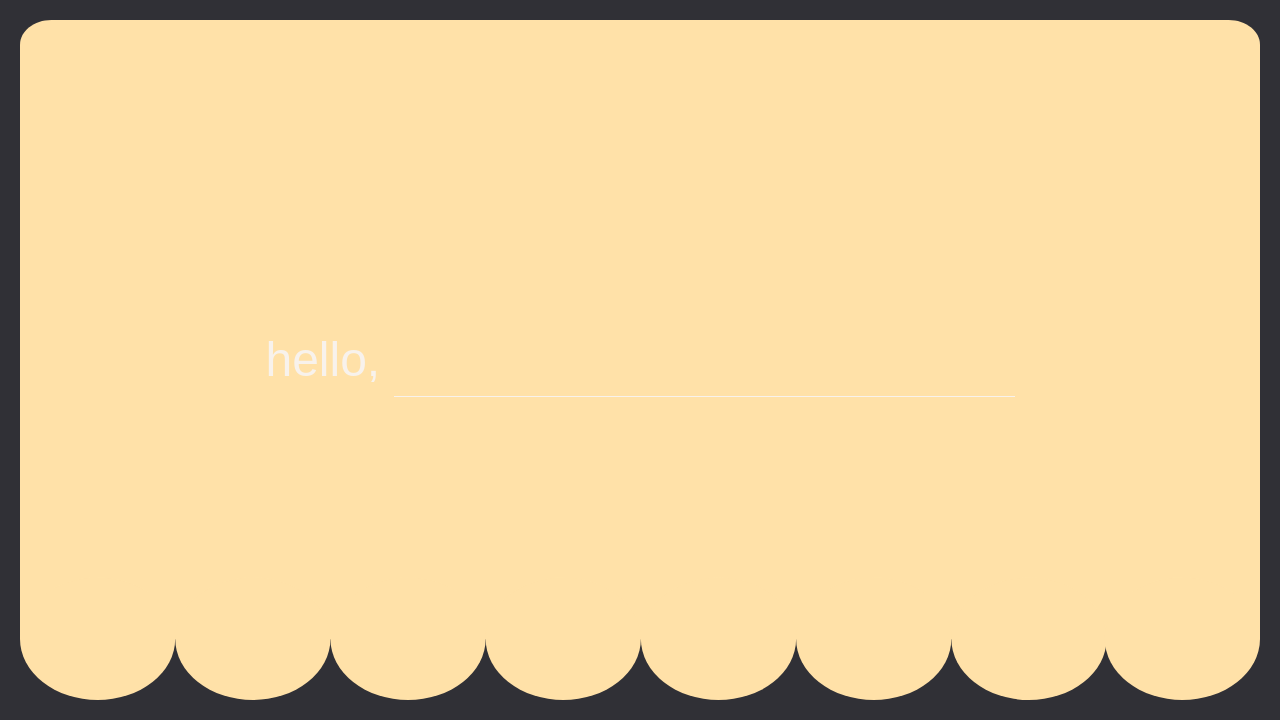
Repository: zhangolivia7/rot-recovery
Page: /
The author's editor kept a copy of each file at every save. The page is drawn from the files as they stood at one save, then again after the next save.
The browser window is 1280 px wide. The pictures show the whole page.
The project was rebuilt for these pictures with package versions that can differ from the ones it lists, and the page was loaded fresh each time. The framework's server and built-in components were replaced by stand-ins that run in the browser. Also part of the build but not shown: next.config.ts.

Above is the page before, as saved 2025-03-29 17:33:06.

### src/app/layout.tsx
import type { Metadata } from "next";
import { Geist, Geist_Mono } from "next/font/google";
import "./globals.css";

const geistSans = Geist({
  variable: "--font-geist-sans",
  subsets: ["latin"],
});

const geistMono = Geist_Mono({
  variable: "--font-geist-mono",
  subsets: ["latin"],
});

export const metadata: Metadata = {
  title: "Rot Recovery",
  description: "it's comeback time.",
};

export default function RootLayout({
  children,
}: Readonly<{
  children: React.ReactNode;
}>) {
  return (
    <html lang="en">
      <body
        className={`${geistSans.variable} ${geistMono.variable} antialiased`}
      >
        {children}
      </body>
    </html>
  );
}

### src/app/page.tsx
'use client'
import { SetStateAction, useState } from "react";
import { useWindowSize } from 'react-use';
import Confetti from 'react-confetti-boom';

export default function Home() {
  const [name, setName] = useState("");
  const [tasks, setTasks] = useState<{ id: number; text: string }[]>([]);
  const [timeframe, setTimeframe] = useState("");
  const [newTask, setNewTask] = useState("");
  const [schedule, setSchedule] = useState<string>(""); //store groqAPI response
  const [loading, setLoading] = useState<boolean>(false);

  // Update name
  const updateName = (e: React.ChangeEvent<HTMLInputElement>) => {
    setName(e.target.value);
    console.log(name);
  };

  // Update task text
  const updateTaskText = (id: number, text: string) => {
    setTasks(tasks.map(task => (task.id === id ? { ...task, text } : task)));
  };

  // Delete a task
  const deleteTask = (id: number) => {
    setTasks(tasks.filter(task => task.id !== id));
  };

  // Add new task when Enter is pressed
  const handleKeyDown = (e: React.KeyboardEvent<HTMLInputElement>) => {
    if (e.key === "Enter" && newTask.trim() !== "") {
      setTasks([...tasks, { id: Date.now(), text: newTask }]);
      setNewTask("");
    }
  };

  // Send tasks and timeframe to ChatGPT API and update schedule
  const handleSubmit = async () => {
    if (tasks.length === 0 || timeframe.trim() === "") {
      alert("Please enter tasks and a timeframe.");
      return;
    }

    setLoading(true); // Show loading state

    // Prepare message for Groq
    var prompt = "";

    if (name.toLowerCase() === "leslie") {
      prompt = `ALWAYS USE <b> IF YOU NEED TO BOLD YOUR RESPONSES!!! DO NOT USE DOUBLE ASTERICKS\nHey! You're talking to my friend ${name}, who's been bedrotting and has ${timeframe} to get back on track! Here's what ${name} has to get done':\n` +
        tasks.map((task, index) => `${index + 1}. ${task.text}`).join("\n") +
        `\n\nShe REALLY likes Hatsune Miku, so pretending you're Hatsune Miku and including Hatsune Miku references, give them a structured, realistic schedule based on the current time and amount of time they have to work in this schedule format:\n[Introduction message (make sure you introduce yourself as Hatsune Miku)]\n[00:00-##:##: <b>Task</b>, bit of encouragement and tips on how to complete the task well] and repeat this structure. Here's an example: <b>[Greeting]</b>\n\nHere's your customized schedule: \n\n<b>00:00-00:30: Finish Math Homework,</b> Leslie-chan! Take a deep breath and dive into your math problems. Focus on one question at a time, and make sure you understand each concept before moving on to the next. You got this!\n\n<b>00:30-01:15: Watch Algorithms Class Lecture.</b> Take a short break to grab a snack or stretch, and then settle in to watch your lecture. Take notes on important points, and don't hesitate to pause the video if you need to review something.\n\n<b>01:15-03:00: Study for Linear Algebra Test.</b> You're almost there, Leslie-chan! Review your notes and textbook, and try to summarize key concepts in your own words. Make flashcards or create a concept map to help you visualize the material.\n\n[Closing message with Hatsune Miku references]`;
    } else {
      prompt = `ALWAYS USE <b> IF YOU NEED TO BOLD YOUR RESPONSES!!! DO NOT USE DOUBLE ASTERICKS. Hey! You're talking to my friend ${name}, who's been bedrotting and has ${timeframe} to get back on track! Here's what ${name} has to get done':\n` +
        tasks.map((task, index) => `${index + 1}. ${task.text}`).join("\n") +
        `\n\nIn a fun, chill tone, give them a structured, realistic schedule based on the current time and amount of time they have to work in this schedule format:\n[Introduction message]\n<b>00:00-##:##: Task</b>, bit of encouragement and tips on how to complete the task well. Repeat this structure. Here's an example: <b>[Greeting]</b>\n\nHere's your customized schedule:\n\n<b>00:00-00:20: History Studying,</b> Let's get that history test prep started! Focus on reviewing your notes, making flashcards, and going over any tricky dates or events. You got this, Bob!\n\n<b>00:20-00:45: English Essay Brainstorm,</b> Time to get those creative juices flowing! Take 10-15 minutes to brainstorm ideas for your essay, then organize your thoughts into an outline. Remember, a solid outline will make the writing process so much smoother!\n\n<b>00:45-01:10: Math Homework</b>, Math homework can be a real challenge, but you're almost there! Focus on one problem at a time, and don't be afraid to take breaks if you get stuck. You've got this, Bob! You're so close to finishing!\n\n<b>01:10-02:00: Write That Essay,</b> It's time to put your thoughts into words! Take your outline and start writing that essay. Remember to stay focused, and don't worry too much about grammar or spelling at this stage. Just get your ideas down on paper!\n\n[Closing message]`;
    }

    try {
      const response = await fetch("/api/generate-schedule", {
        method: "POST",
        headers: { "Content-Type": "application/json" },
        body: JSON.stringify({ prompt }),
      });

      const data = await response.json();
      setSchedule(data.schedule); // Store response
    } catch (error) {
      console.error("Error fetching schedule:", error);
      setSchedule("Failed to generate schedule. Try again.");
    } finally {
      setLoading(false);
    }

    // Scroll to the schedule section
    document.getElementById("next-section")?.scrollIntoView({ behavior: "smooth" });
  };

  return (
    <div className={`h-screen snap-y snap-mandatory ${name.trim() === "" ? "overflow-hidden" : "overflow-y-scroll"}`}>
      {/* Section 1 */}
      <section id="sec1" className="h-screen flex justify-center items-center snap-start relative overflow-hidden">
        {/* SVG Background with exact 10px margin on all sides */}
        <div className="absolute top-[20px] left-[20px] right-[20px] bottom-[20px] z-0">
          <svg
            viewBox="0 0 1382 961"
            fill="none"
            xmlns="http://www.w3.org/2000/svg"
            className="w-full h-full"
            preserveAspectRatio="none"
          >
            <path d="M0 35C0 15.6701 15.67 0 35 0H1347C1366.33 0 1382 15.67 1382 35V875H0V35Z" fill="#FFE1A8" />
            <circle cx="86.5" cy="874.5" r="86.5" fill="#FFE1A8" />
            <circle cx="259.5" cy="874.5" r="86.5" fill="#FFE1A8" />
            <circle cx="432.5" cy="874.5" r="86.5" fill="#FFE1A8" />
            <circle cx="605.5" cy="874.5" r="86.5" fill="#FFE1A8" />
            <circle cx="778.5" cy="874.5" r="86.5" fill="#FFE1A8" />
            <circle cx="951.5" cy="874.5" r="86.5" fill="#FFE1A8" />
            <circle cx="1124.5" cy="874.5" r="86.5" fill="#FFE1A8" />
            <circle cx="1295.5" cy="874.5" r="86.5" fill="#FFE1A8" />
          </svg>
        </div>

        {/* Foreground content */}
        <main className="z-10 flex flex-col gap-[32px] row-start-2 items-center sm:items-start">
          <div id="s1">
            <h1>
              hello, <input type="text" id="helloText" value={name} onChange={updateName} />
            </h1>
          </div>
        </main>
      </section>


      {name.trim() !== "" && (
        <>
          {/* Section 2 */}
          <section className="h-screen flex flex-col items-center snap-start">
            <div id="sec2" className="w-full h-full flex flex-col justify-start items-center pt-0">
              {name.toLowerCase() === "leslie" ? (
                // Special SVG for Leslie
                <svg width="724" height="509" viewBox="0 0 724 509" fill="none" xmlns="http://www.w3.org/2000/svg">
                  <path d="M495 354.5C491.4 354.5 469.167 355.833 458.5 356.5L460 359L528.5 363L525.5 359C516.833 357.5 498.6 354.5 495 354.5Z" fill="#88D0C7" />
                  <path d="M558 413L503.5 434.5L547 451L586 425L558 413Z" fill="#8A8585" />
                  <circle cx="545.624" cy="378" r="25" fill="#FFE1A8" />
                  <path d="M336.624 363C375.024 348.6 487.291 357 538.624 363L542.624 397C534.624 399.667 512.224 405.4 486.624 407C461.024 408.6 347.957 445 294.624 463C271.124 474.333 212.524 497 166.124 497C108.124 497 48.1241 453 50.1241 463C51.7241 471 30.7908 497 20.1241 509C12.7908 504.333 -1.4759 491.8 0.124102 479C1.7241 466.2 26.1241 437.667 38.1241 425L156.124 449C144.791 428.333 128.924 382.2 156.124 363C190.124 339 288.624 381 336.624 363Z" fill="#FFE1A8" />
                  <path d="M455.601 453.39C444.301 452.836 398.096 425.701 378.624 407L412.829 390.125C421.464 391.114 453.014 384.686 455.601 396.594C458.836 411.478 493.917 434.314 524.131 436.079C554.345 437.844 558.339 448.801 544.659 456.342C530.98 463.883 469.726 454.083 455.601 453.39Z" fill="#FFE1A8" />
                  <path d="M529 359C505.167 359.167 455.8 360.1 449 362.5C440.5 365.5 408.5 380.5 403 386.5C397.5 392.5 387.5 398 385.5 406C383.9 412.4 384.833 415.333 385.5 416C381.167 412.5 372.8 404.1 374 398.5C375.423 391.858 379.997 387.017 382.597 386.539C380.62 386.631 375.704 386.944 375 388C374.2 389.2 373.333 390.833 373 391.5C373.167 386.667 374.9 376.1 380.5 372.5C387.5 368 403.5 358.5 417 357C430.5 355.5 463 353 473.5 353C484 353 521.5 357 524 357C526 357 528.167 358.333 529 359Z" fill="#88D0C7" />
                  <path d="M550 371.5C553.2 374.3 558.667 374.667 561 374.5L554 369.5L541 362H550C548 361 543 359 539 359C535 359 529.167 360.5 526.5 361.5C525.667 360.5 523.5 359 525.5 359C528 359 534.5 352.5 541 351.5C547.5 350.5 557 353 561 355C564.2 356.6 567.167 361 567.5 364C568.333 364.5 569 368.3 571 371.5C573.5 375.5 567 396 566 397C565 398 547.5 406.5 544 406.5C540.5 406.5 436.5 434 411 446C385.5 458 297 481.5 291.5 481C287.1 480.6 276.333 476.5 271.5 474.5C275.667 475.5 284.7 476.7 287.5 473.5C290.3 470.3 305.667 466.167 313 464.5H301C295 464.5 287.167 470.5 284 473.5C285.5 471 289.1 465.7 291.5 464.5C293.9 463.3 303.833 457.667 308.5 455C312 454.833 320.8 453.6 328 450C337 445.5 433 410.5 454.5 406.5C471.7 403.3 512.333 398.833 530.5 397C535 398.5 545.2 401.5 550 401.5C553.076 401.5 557.203 399.266 560.091 397.493C558.356 397.618 556.601 396.675 554 397C550.8 397.4 544 391.167 541 388H550C554.8 388 559.333 385.667 561 384.5C558.167 383.333 552 380.6 550 379C548 377.4 545.167 368.333 544 364C544.667 365.333 546.8 368.7 550 371.5Z" fill="#88D0C7" />
                  <path d="M724 -9L586 425L558 413L507.5 433L3 -9H724Z" fill="#F8F2EC" fill-opacity="0.5" />
                  <path d="M531.5 350L529 360.5L526 362L527.5 348L531.5 350Z" fill="#9C4066" />
                  <path d="M543 411.5L530 397.5V397L525.5 397.5L535 408.5L531 409.5L534 411.5H543Z" fill="#9C4066" />
                </svg>
              ) : (
                // Default SVG
                <svg width="724" height="509" viewBox="0 0 724 509" fill="none" xmlns="http://www.w3.org/2000/svg">
                  <path d="M558 413L503.5 434.5L547 451L586 425L558 413Z" fill="#8A8585" />
                  <circle cx="545.624" cy="378" r="25" fill="#FFE1A8" />
                  <path d="M336.624 363C375.024 348.6 487.291 357 538.624 363L542.624 397C534.624 399.667 512.224 405.4 486.624 407C461.024 408.6 347.957 445 294.624 463C271.124 474.333 212.524 497 166.124 497C108.124 497 48.1241 453 50.1241 463C51.7241 471 30.7908 497 20.1241 509C12.7908 504.333 -1.4759 491.8 0.124102 479C1.7241 466.2 26.1241 437.667 38.1241 425L156.124 449C144.791 428.333 128.924 382.2 156.124 363C190.124 339 288.624 381 336.624 363Z" fill="#FFE1A8" />
                  <path d="M455.601 453.39C444.301 452.836 398.096 425.701 378.624 407L412.829 390.125C421.464 391.114 453.014 384.686 455.601 396.594C458.836 411.478 493.917 434.314 524.131 436.079C554.345 437.844 558.339 448.801 544.659 456.342C530.98 463.883 469.726 454.083 455.601 453.39Z" fill="#FFE1A8" />
                  <path d="M724 -9L586 425L558 413L507.5 433L3 -9H724Z" fill="#F8F2EC" fillOpacity="0.5" />
                </svg>
              )}
              <h1 className="text-3xl mt-4">so you've been rotting...</h1>
            </div>
          </section>

          {/* Section 3 */}
          <section className="h-screen flex flex-col items-center justify-center snap-start">
            <div id="form">
              <h1 className="text-3xl">let's get back on track, {name}</h1>

              {/* Timeframe Input */}
              <input
                className="border p-2 w-80 mt-2"
                placeholder="Timeframe (e.g., 2 hours)"
                value={timeframe}
                onChange={(e) => setTimeframe(e.target.value)}
              />

              {/* To-Do List */}
              <div className="mt-4">
                <h2 className="text-lg font-bold">Enter your tasks</h2>
                <ul className="mt-3 space-y-2">
                  {tasks.map(task => (
                    <li key={task.id} className="flex items-center space-x-2">
                      <input
                        type="text"
                        value={task.text}
                        onChange={(e) => updateTaskText(task.id, e.target.value)}
                        className="border-b focus:outline-none bg-transparent w-full"
                      />
                      <button onClick={() => deleteTask(task.id)} className="text-lg">
                        ✕
                      </button>
                    </li>
                  ))}
                </ul>
              </div>

              {/* Add Task Input */}
              <input
                className="border p-2 w-80 mt-2"
                placeholder="Add a task and hit enter"
                value={newTask}
                onChange={(e) => setNewTask(e.target.value)}
                onKeyDown={handleKeyDown}
              />

              {/* Submit Button */}
              <button
                onClick={handleSubmit}
                className="mt-4 p-2 rounded-md"
              >
                {loading ? "Generating..." : "That's It"}
              </button>
            </div>
          </section>

          {/* Next Section - Display Schedule */}
          {schedule && (
            <section id="next-section" className="h-screen flex justify-center items-center snap-start">
              <div className="text-center max-w-xl">
                <h1 className="text-3xl mb-4">your schedule</h1>
                {loading ? (
                  <p className="text-lg">Generating your schedule...</p>
                ) : (
                  <p
                    className="whitespace-pre-wrap"
                    dangerouslySetInnerHTML={{ __html: schedule || "Your schedule will appear here." }}
                  />
                )}
              </div>
            </section>
          )}
        </>
      )}
    </div>
  );
}

### src/app/globals.css
@import "tailwindcss";

:root {
  --background: #303036;
  --foreground: #F8F2EC;
}

@theme inline {
  --color-background: var(--background);
  --color-foreground: var(--foreground);
  --font-sans: var(--font-geist-sans);
  --font-mono: var(--font-geist-mono);
}

@media (prefers-color-scheme: dark) {
  :root {
    --background: #303036;
    --foreground: #F8F2EC;
  }
}

html {
  scroll-behavior: smooth;
}

.h-screen {
  height: 100vh;
}

.overflow-y-scroll {
  overflow-y: scroll;
}

.snap-y {
  scroll-snap-type: y mandatory;
}

.snap-start {
  scroll-snap-align: start;
}

body {
  background: var(--background);
  color: var(--foreground);
  font-family: Arial, Helvetica, sans-serif;
}

h1 {
  font-size: 3em;
}

#helloText {
  border-bottom: 1px solid var(--foreground);
}

#helloText:focus {
  outline: none;
}

#sec2 {
  display: flex;
  flex-direction: column;
  gap: 30px;
}

#form {
  display: flex;
  flex-direction: column;
  margin: 10px;
}

After the next save:
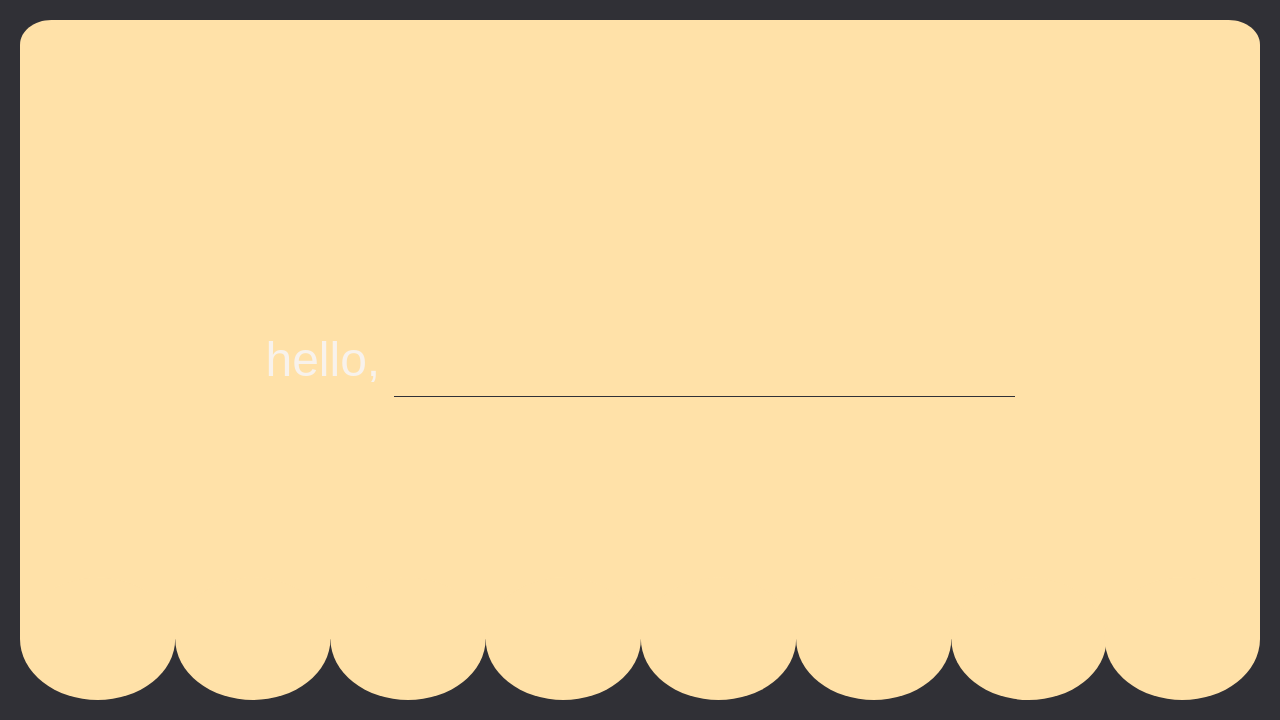
Saved 105 s later.
--- a/src/app/globals.css
+++ b/src/app/globals.css
@@ -50,7 +50,7 @@ h1 {
 }
 
 #helloText {
-  border-bottom: 1px solid var(--foreground);
+  border-bottom: 1px solid var(--background);
 }
 
 #helloText:focus {
